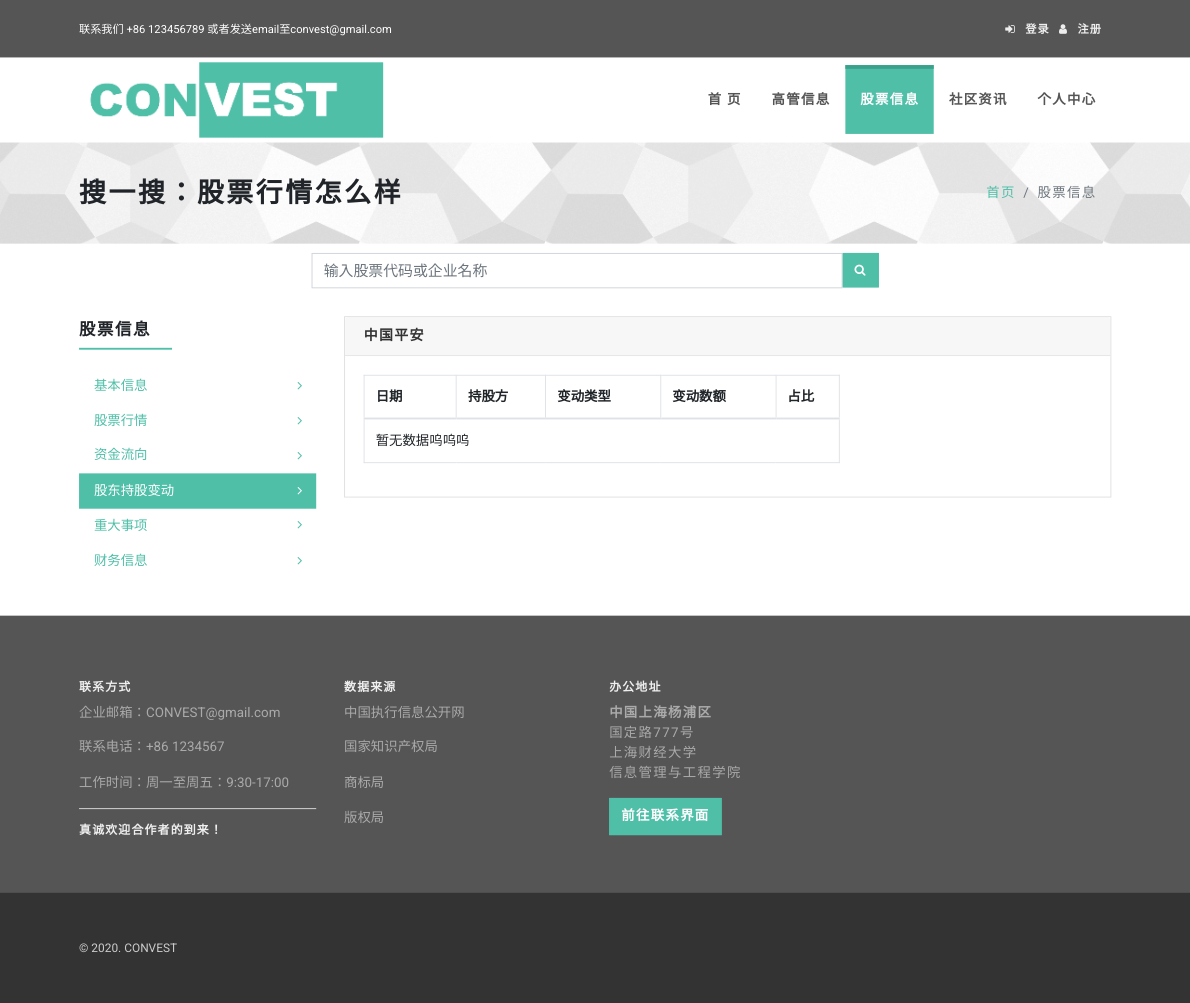
Repository: SUFELYZ/CONVEST
Page: http://localhost/CONVEST/template-content-boxes.jsp
An editor plug-in stored every save of this project. The page is shown before and after the next save, followed by the edit.
The browser window is 1280 px wide. The pictures show the whole page, at 93% of full size.
The page is served by Tomcat 9. Other server files are loaded and not shown.

Above is the page before, as saved 2021-01-05 15:51:55.

### CONVEST 1.0/CONVEST/WebContent/template-content-boxes.jsp
<%@ page language="java" contentType="text/html;  charset=UTF-8" pageEncoding="UTF-8"%>
<!DOCTYPE html>
<html>
  <head>
    <meta charset="utf-8">
    <meta http-equiv="X-UA-Compatible" content="IE=edge">
    <title>CONVEST</title>
    <meta name="description" content="">
    <meta name="viewport" content="width=device-width, initial-scale=1">
    <meta name="robots" content="all,follow">
    <!-- Bootstrap CSS-->
    <link rel="stylesheet" href="vendor/bootstrap/css/bootstrap.min.css">
    <!-- Font Awesome CSS-->
    <link rel="stylesheet" href="vendor/font-awesome/css/font-awesome.min.css">
    <!-- Google fonts - Roboto-->
    <link rel="stylesheet" href="https://fonts.googleapis.com/css?family=Roboto:300,400,700">
    <!-- Bootstrap Select-->
    <link rel="stylesheet" href="vendor/bootstrap-select/css/bootstrap-select.min.css">
    <!-- owl carousel-->
    <link rel="stylesheet" href="vendor/owl.carousel/assets/owl.carousel.css">
    <link rel="stylesheet" href="vendor/owl.carousel/assets/owl.theme.default.css">
    <!-- theme stylesheet-->
    <link rel="stylesheet" href="css/style.default.css" id="theme-stylesheet">
    <!-- Custom stylesheet - for your changes-->
    <link rel="stylesheet" href="css/custom.css">


    <!-- Favicon and apple touch icons-->
    <link rel="shortcut icon" href="img/favicon.ico" type="image/x-icon">
    <link rel="apple-touch-icon" href="img/apple-touch-icon.png">
    <link rel="apple-touch-icon" sizes="57x57" href="img/apple-touch-icon-57x57.png">
    <link rel="apple-touch-icon" sizes="72x72" href="img/apple-touch-icon-72x72.png">
    <link rel="apple-touch-icon" sizes="76x76" href="img/apple-touch-icon-76x76.png">
    <link rel="apple-touch-icon" sizes="114x114" href="img/apple-touch-icon-114x114.png">
    <link rel="apple-touch-icon" sizes="120x120" href="img/apple-touch-icon-120x120.png">
    <link rel="apple-touch-icon" sizes="144x144" href="img/apple-touch-icon-144x144.png">
    <link rel="apple-touch-icon" sizes="152x152" href="img/apple-touch-icon-152x152.png">
    <!-- Tweaks for older IEs--><!--[if lt IE 9]>
        <script src="https://oss.maxcdn.com/html5shiv/3.7.3/html5shiv.min.js"></script>
        <script src="https://oss.maxcdn.com/respond/1.4.2/respond.min.js"></script><![endif]-->
  </head>
 <body>
    <div id="all">
      <!-- Top bar-->
      <div class="top-bar">
        <div class="container">
          <div class="row d-flex align-items-center">
            <div class="col-md-6 d-md-block d-none">
              <p>联系我们 +86 123456789 或者发送email至convest@gmail.com</p>
            </div>
            <div class="col-md-6">
              <div class="d-flex justify-content-md-end justify-content-between">
                <ul class="list-inline contact-info d-block d-md-none">
                  <li class="list-inline-item"><a href="#"><i class="fa fa-phone"></i></a></li>
                  <li class="list-inline-item"><a href="#"><i class="fa fa-envelope"></i></a></li>
                </ul>
                <div class="login"><a href="#" data-toggle="modal" data-target="#login-modal" class="login-btn"><i class="fa fa-sign-in"></i><span class="d-none d-md-inline-block">登录</span></a><a href="customer-register.jsp" class="signup-btn"><i class="fa fa-user"></i><span class="d-none d-md-inline-block">注册</span></a></div>

              </div>
            </div>
          </div>
        </div>
      </div>
      <!-- Top bar end-->
      <!-- Login Modal-->
      <div id="login-modal" tabindex="-1" role="dialog" aria-labelledby="login-modalLabel" aria-hidden="true" class="modal fade">
        <div role="document" class="modal-dialog">
          <div class="modal-content">
            <div class="modal-header">
              <h4 id="login-modalLabel" class="modal-title">用户登录</h4>
              <button type="button" data-dismiss="modal" aria-label="Close" class="close"><span aria-hidden="true">×</span></button>
            </div>
            <div class="modal-body">
              <form action="个人中心.jsp" method="get">
                <div class="form-group">
                  <input id="email_modal" type="text" placeholder="email" class="form-control">
                </div>
                <div class="form-group">
                  <input id="password_modal" type="password" placeholder="密码" class="form-control">
                </div>
                <p class="text-center">
                  <button class="btn btn-template-outlined"><i class="fa fa-sign-in"></i> 登录</button>
                </p>
              </form>
              <p class="text-center text-muted">还没注册？</p>
              <p class="text-center text-muted"><a href="customer-register.jsp"><strong>即刻注册</strong></a>! 只需一分钟，体验更多功能！</p>
            </div>
          </div>
        </div>
      </div>
      <!-- Login modal end-->
      <!-- Navbar Start-->
      <header class="nav-holder make-sticky">
        <div id="navbar" role="navigation" class="navbar navbar-expand-lg">
          <div class="container"><a href="首页.jsp" class="navbar-brand home"><img src="img/logo.png" alt="Universal logo" class="d-none d-md-inline-block"><img src="img/logo-small.png" alt="Universal logo" class="d-inline-block d-md-none"><span class="sr-only">Universal - go to homepage</span></a>
            <button type="button" data-toggle="collapse" data-target="#navigation" class="navbar-toggler btn-template-outlined"><span class="sr-only">Toggle navigation</span><i class="fa fa-align-justify"></i></button>
            <div id="navigation" class="navbar-collapse collapse">
              <ul class="nav navbar-nav ml-auto">
                <li class="nav-item dropdown menu-large"><a href="首页.jsp" >首 页 <b class="caret"></b></a>

                </li>
                <li class="nav-item dropdown menu-large"><a href="高管信息.jsp">高管信息 <b class="caret"></b></a>

                </li>
                <li class="nav-item dropdown active"><a href="股票信息.jsp" >股票信息<b class="caret"></b></a>

                </li>
                <li class="nav-item dropdown menu-large"><a href="社区资讯.jsp" >社区资讯 <b class="caret"></b></a>

                </li>

                <li class="nav-item dropdown menu-large"><a href="个人中心.jsp" >个人中心 <b class="caret"></b></a>

                </li>                <!-- ========== Contact dropdown end ==================-->
              </ul>
            </div>
            <div id="search" class="collapse clearfix">
              <form role="search" class="navbar-form">
                <div class="input-group">
                  <input type="text" placeholder="Search" class="form-control"><span class="input-group-btn">
                    <button type="submit" class="btn btn-template-main"><i class="fa fa-search"></i></button></span>
                </div>
              </form>
            </div>
          </div>
        </div>
      </header>
      <!-- Navbar End-->

      <div id="heading-breadcrumbs">
        <div class="container">
          <div class="row d-flex align-items-center flex-wrap">
            <div class="col-md-7">
              <h1 class="h2">搜一搜：股票行情怎么样</h1>
            </div>
            <div class="col-md-5">
              <ul class="breadcrumb d-flex justify-content-end">
                <li class="breadcrumb-item"><a href="首页.jsp">首页</a></li>
                <li class="breadcrumb-item active">股票信息</li>
              </ul>
            </div>
          </div>
        </div>
      </div>

       <div class="col-md-6" >

                  <form role="search" >
                    <div class="input-group" >
                      <input type="text" placeholder="输入股票代码或企业名称" class="form-control" id="stock_id"><span class="input-group-btn" id="template">
                        <button type="button" class="btn btn-template-main"><i class="fa fa-search"></i></button></span>
                    </div>
                  </form>
                </div>

      <section class="bar">
        <div class="container">
          <div class="row">

            <div class="col-lg-3">
              <!-- MENUS AND WIDGETS -->
              <div class="panel panel-default sidebar-menu with-icons">
                <div class="panel-heading">
                  <h3 class="h4 panel-title">股票信息</h3>
                </div>
                <div class="panel-body">
                  <ul class="nav nav-pills flex-column text-sm">
                    <li class="nav-item"><a href="股票信息.jsp" class="nav-link">基本信息</a></li>
                    <li class="nav-item"><a href="template-alerts.jsp" class="nav-link">股票行情</a></li>
                    <li class="nav-item"><a href="template-buttons.jsp" class="nav-link">资金流向</a></li>
                    <li class="nav-item"><a href="template-content-boxes.jsp" class="nav-link  active" >股东持股变动</a></li>
                    <li class="nav-item"><a href="template-blocks.jsp" class="nav-link">重大事项</a></li>
                    <li class="nav-item"><a href="template-pagination.jsp" class="nav-link">财务信息</a></li>

                  </ul>
                </div>
              </div>
            </div>

            <div class="col-lg-9">
              <div id="accordion" role="tablist" class="mb-5">
                <div class="card">
                  <div id="headingOne" role="tab" class="card-header">
                    <h5 class="mb-0"><a data-toggle="collapse" href="#collapseOne" aria-expanded="true" aria-controls="collapseOne">中国平安</a></h5>
                  </div>
                  <div id="collapseOne" role="tabpanel" aria-labelledby="headingOne" data-parent="#accordion" class="collapse show">
                    <div class="card-body">
                      <div class="row">
                        <div class="col-md-8">
                         <div class="stock_basic_info">

         <table class="table table-hover table-bordered" id="stock_info">
                     <thead>
                                     <tr>
                                       <th style="width:100px">日期</th>
                                       <th>持股方</th>
                                       <th>变动类型</th>
                                       <th>变动数额</th>
                                       <th>占比</th>
                                     </tr>
                                   </thead>

	  <tbody id="stock_info-body">
	 </tbody>
	 <script type="text/html" id="stock_info-script">
{{each data value i}}
<tr class="table-data-line">
<td> {{value.ChangeDate}}</td>
<td> {{value.ShareholderName}}</td>
<td> {{value.ChangeType}}</td>
<td> {{value.ChangedShareNum}}</td>
<td> {{value.Proportion}}</td>
</tr>
{{/each}}

	 </script>
	 </table>

                        </div>
                      </div>
                    </div>
                  </div>
                </div>



              </div>


          </div>
        </div>
      </section>

      <!-- FOOTER -->
     <footer class="main-footer">
        <div class="container">
          <div class="row">
            <div class="col-lg-3">
              <h4 class="h6">联系方式</h4>
              <p>企业邮箱：<a href="mailto:CONVEST@gmail.com" rel="nofollow">CONVEST@gmail.com</a></p>
              <p>联系电话：+86 1234567</p>
              <p>工作时间：周一至周五：9:30-17:00</p>
              <hr>
              <h4 class="h6">真诚欢迎合作者的到来！</h4>

              <hr class="d-block d-lg-none">
            </div>
            <div class="col-lg-3">
              <h4 class="h6">数据来源</h4>
              <p><a href="http://zxgk.court.gov.cn/" target="_blank" rel="nofollow">中国执行信息公开网</a></p>
              <p><a href="http://www.sipo.gov.cn/" target="_blank" rel="nofollow">国家知识产权局</a></p>
              <p><a href="http://sbj.cnipa.gov.cn/" target="_blank" rel="nofollow">商标局</a></p>
              <p><a href="http://www.ncac.gov.cn/" target="_blank" rel="nofollow">版权局</a></p>

            </div>

            <div class="col-lg-3">
              <h4 class="h6">办公地址</h4>
              <p class="text-uppercase"><strong>中国上海杨浦区</strong><br>国定路777号 <br>上海财经大学<br>信息管理与工程学院<br><strong></strong></p><a href="contact.jsp" class="btn btn-template-main">前往联系界面</a>
              <hr class="d-block d-lg-none">
            </div>

          </div>
        </div>
        <div class="copyrights">
          <div class="container">
            <div class="row">
              <div class="col-lg-4 text-center-md">
                <p>&copy; 2020. CONVEST</p>
              </div>

            </div>
          </div>
        </div>
      </footer>
    </div>


    <!-- Javascript files-->
    <script src="vendor/jquery/jquery.min.js"></script>
    <script src="vendor/popper.js/umd/popper.min.js"> </script>
    <script src="vendor/bootstrap/js/bootstrap.min.js"></script>
    <script src="vendor/jquery.cookie/jquery.cookie.js"> </script>
    <script src="vendor/waypoints/lib/jquery.waypoints.min.js"> </script>
    <script src="vendor/jquery.counterup/jquery.counterup.min.js"> </script>
    <script src="vendor/owl.carousel/owl.carousel.min.js"></script>
    <script src="vendor/owl.carousel2.thumbs/owl.carousel2.thumbs.min.js"></script>
    <script src="js/jquery.parallax-1.1.3.js"></script>
    <script src="vendor/bootstrap-select/js/bootstrap-select.min.js"></script>
    <script src="vendor/jquery.scrollto/jquery.scrollTo.min.js"></script>
    <script src="js/front.js"></script>
    <script src="js/jquery.dataTables.min.js"></script>
    <script src="js/template.js"></script>
     <script>
 $('body').on('click', '#template', function ()

{
	    jQuery.noConflict();
	    jQuery('#stock_info').dataTable().fnDestroy();
	    jQuery.ajax({

	        url: "QueryShareholding_change",
	        type: "post",
	        cache:false,
	        data:{
	        	stock_id:jQuery("#stock_id").val(),

	        },
	        async: false,
	        success: function (data) {
	            console.log(data);
	            jQuery("#stock_info-body").empty();
	            jQuery("#stock_info-body").append(template("stock_info-script", { data: data }));

	        }, error: function (data) {
	        }
	    });

 });
	jQuery('#stock_info').dataTable({
	     "bLengthChange": false, //开关，是否显示每页显示多少条数据的下拉框
	     'iDisplayLength': 2, //每页初始显示5条记录
	     'bFilter': false,  //是否使用内置的过滤功能（是否去掉搜索框）
	     "bInfo": false, //开关，是否显示表格的一些信息(当前显示XX-XX条数据，共XX条)
	     "bPaginate": false, //开关，是否显示分页器
	     "bSort": false, //是否可排序

	     "oLanguage": {  //语言转换
	       "sInfo": "显示第 _START_ 至 _END_ 项结果，共_TOTAL_ 项",
	       "sZeroRecords": "暂无数据呜呜呜",
	       "sLengthMenu": "每页显示 _MENU_ 项结果",
	       "oPaginate": {
	         "sFirst": "首页",
	         "sPrevious": "前一页",
	         "sNext": "后一页",
	         "sLast": "尾页"
	       }
	     }
	   });

 </script>
  </body>
</html>

Loaded but not shown: CONVEST 1.0/CONVEST/WebContent/css/custom.css (common file); CONVEST 1.0/CONVEST/WebContent/js/jquery.parallax-1.1.3.js (common file); CONVEST 1.0/CONVEST/WebContent/js/jquery.dataTables.min.js (library); CONVEST 1.0/CONVEST/WebContent/js/template.js (library); CONVEST 1.0/CONVEST/WebContent/js/front.js (295 lines, source omitted); CONVEST 1.0/CONVEST/WebContent/css/style.default.css (3694 lines, source omitted)

After the next save:
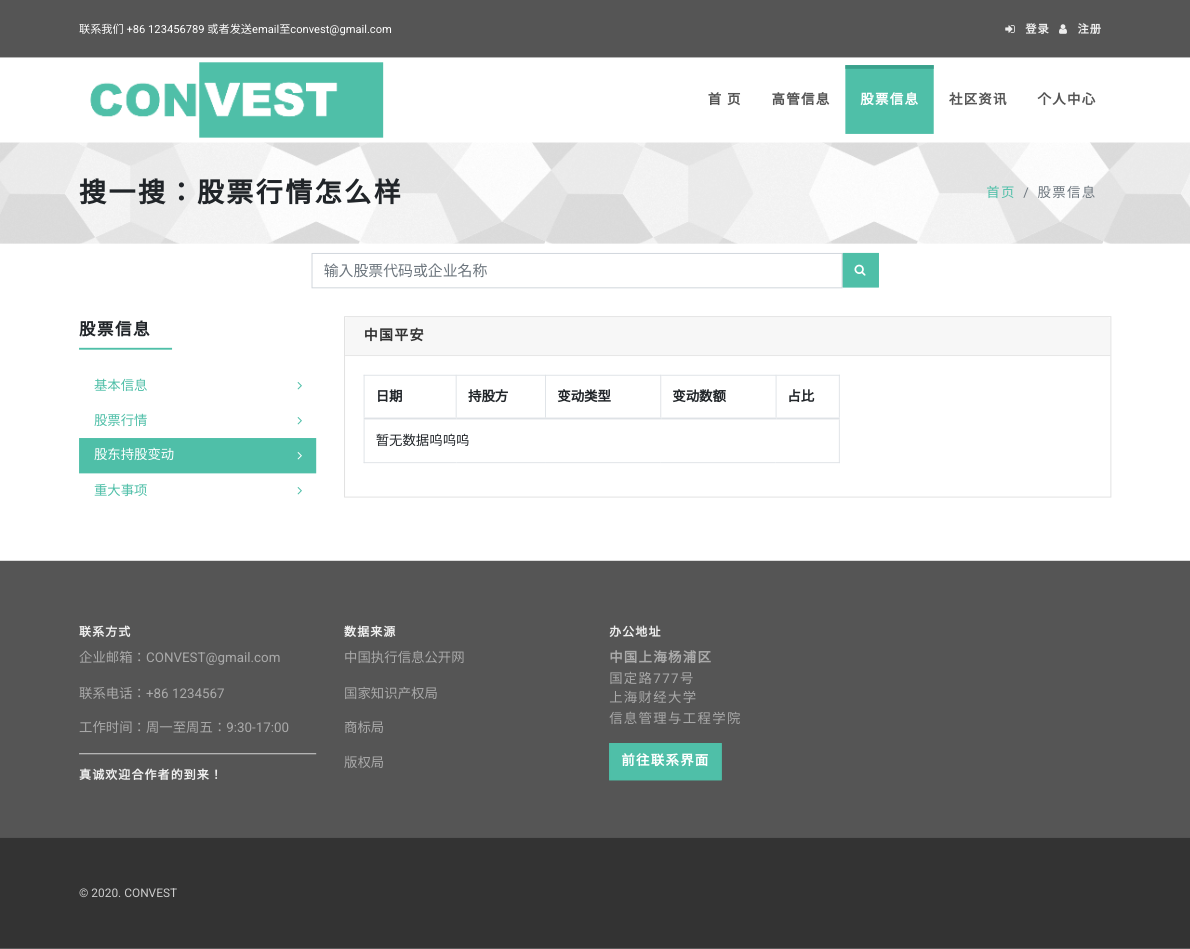
Saved 7 s later.
--- a/CONVEST 1.0/CONVEST/WebContent/template-content-boxes.jsp
+++ b/CONVEST 1.0/CONVEST/WebContent/template-content-boxes.jsp
@@ -165,12 +165,11 @@
                 </div>
                 <div class="panel-body">
                   <ul class="nav nav-pills flex-column text-sm">
-                    <li class="nav-item"><a href="股票信息.jsp" class="nav-link">基本信息</a></li>
-                    <li class="nav-item"><a href="template-alerts.jsp" class="nav-link">股票行情</a></li>
-                    <li class="nav-item"><a href="template-buttons.jsp" class="nav-link">资金流向</a></li>
-                    <li class="nav-item"><a href="template-content-boxes.jsp" class="nav-link  active" >股东持股变动</a></li>
+                   <li class="nav-item"><a href="股票信息.jsp" class="nav-link ">基本信息</a></li>
+                    <li class="nav-item"><a href="template-alerts.jsp" class="nav-link ">股票行情</a></li>
+
+                    <li class="nav-item"><a href="template-content-boxes.jsp" class="nav-link active">股东持股变动</a></li>
                     <li class="nav-item"><a href="template-blocks.jsp" class="nav-link">重大事项</a></li>
-                    <li class="nav-item"><a href="template-pagination.jsp" class="nav-link">财务信息</a></li>
 
                   </ul>
                 </div>
